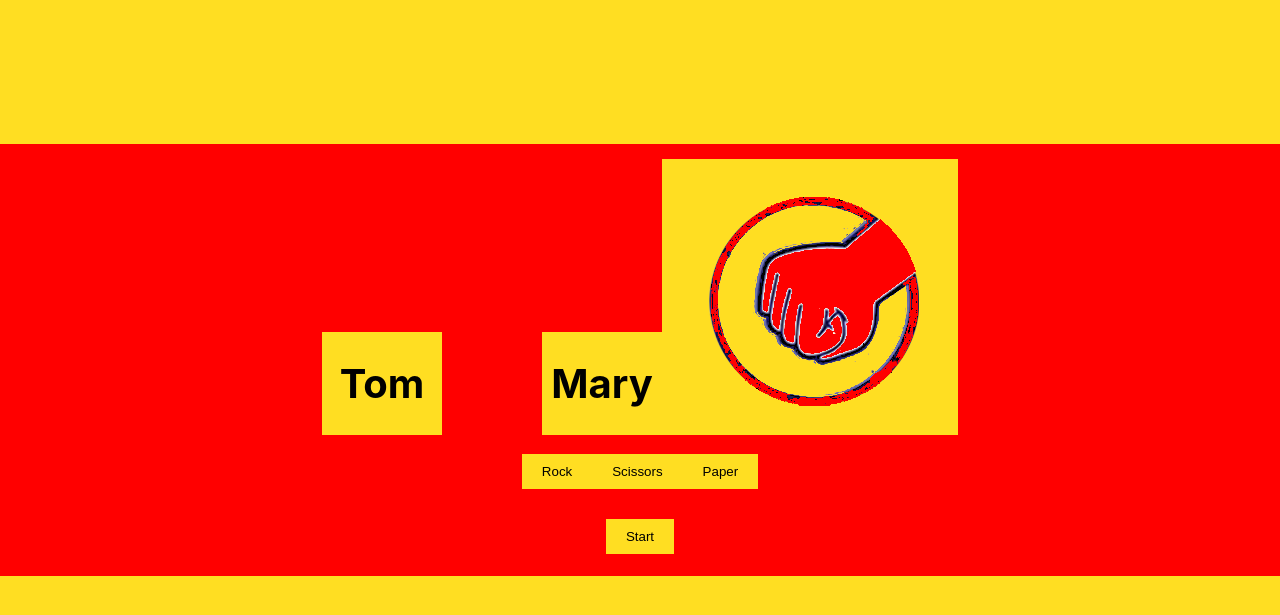
Repository: K009/Rock-Paper-Scissors
Page: /
An editor plug-in stored every save of this project. The page is shown before and after the next save, followed by the edit.
The browser window is 1280 px wide. The pictures show the whole page.
The project was rebuilt for these pictures with package versions that can differ from the ones it lists, and the page was loaded fresh each time.

Above is the page before, as saved 2020-05-13 10:24:13.

### src/App.js
import React, { Component } from "react";
import "./App.css";
import Player from "./components/Player";
import rock from "./components/img/rock.png";

const weapon = ["rock", "paper", "scissors"];

class App extends Component {
  constructor() {
    super();
    this.state = {
      playerOne: weapon[0],
      playerTwo: weapon[0],
      winner: "",
    };
    this.state = { counter: 0 };
  }

  startGame = () => {
    let counter = 0;
    let gameInterval = setInterval(() => {
      //to make a delay
      counter++;
      console.log(counter);
      this.setState({
        playerTwo: weapon[Math.floor(Math.random() * weapon.length)],
        winner: "",
      });
      if (counter > 5) {
        clearInterval(gameInterval);
        this.setState({
          winner: this.selectWinner(),
        });
      }
    }, 100);
  };

  selectWinner = () => {
    const { playerOne, playerTwo } = this.state;
    console.log("Player One: " + playerOne + "Player Two: " + playerTwo);
    if (playerOne === playerTwo) {
      console.log("It's a tie");
      return "It's a tie";
    } else if (
      (playerOne === "rock" && playerTwo === "scissors") ||
      (playerOne === "paper" && playerTwo === "rock") ||
      (playerOne === "scissors" && playerTwo === "paper")
    ) {
      return "Player one wins!";
    } else {
      return "Player two wins!";
    }
  };

  selectWeapon = (weapon) => {
    //in argument it gets a value that is going to be set for playerOne
    this.setState({
      playerOne: weapon, //here it gets changed
      winner: "", //winner without any changes - still ""
    });
  };

  increment() {
    this.setState({
      counter: this.state.counter + 1,
    });
  }

  render() {
    const { playerOne, playerTwo, winner } = this.state;
    return (
      <div className="App">
        <div className="Header" />
        <div className="Main-part">
          <div className="Players">
            <Player playerName="Tom" weapon={playerOne} />
            <div className="break"> </div>
            <Player playerName="Mary" weapon={playerTwo} />
          </div>
          <img
            className="weapon"
            src={rock}
            onClick={() => this.selectWeapon("rock")}
            alt="Rock"
          />
          <div className="buttons">
            <button
              className="weapon"
              onClick={() => this.selectWeapon("rock")}
            >
              Rock
            </button>
            <button
              className="weapon"
              onClick={() => this.selectWeapon("scissors")}
            >
              Scissors
            </button>
            <button
              className="weapon"
              onClick={() => this.selectWeapon("paper")}
            >
              Paper
            </button>
          </div>
          <div className="winner">{winner ? this.selectWinner() : null}</div>
          <button className="weapon" onClick={this.startGame}>
            Start
          </button>
        </div>
        <footer />
      </div>
    );
  }
}

export default App;

### src/App.css
.Header {
  min-height: 20vh;
  text-align: center;
  justify-content: space-around;
  background-color: #ffde22;
  display: flex;
  flex-wrap: wrap;
}

.Main-part {
  background-color: red;
  min-height: 60vh;
  text-align: center;
}

.Players {
  text-align: center;
  display: inline-block;
}

.break {
  width: 100px;
  min-height: 20vh;
  background-color: red;
  float: left;
}

.weapon {
  background: #ffde22;
  margin-top: 15px;
  border: none;
  padding: 10px 20px;
  color: black;
}

.weapon:hover {
  background: #ecce20;
  cursor: pointer;
}

.winner {
  color: #ffde22;
  font-size: 20px;
  margin-top: 15px;
}

footer {
  min-height: 20vh;
  background-color: #ffde22;
  width: 100%;
  position: absolute;
  left: 0;
  bottom: 0;
}

### src/components/Player.js
import React from "react";
import style from "./player.module.css";

const Player = ({ playerName }) => {
  return (
    <div className={style.player}>
      <h1>{playerName}</h1>
    </div>
  );
};

export default Player;

### src/components/player.module.css
.player {
  background-color: #ffde22;
  font-size: 20px;
  text-align: center;
  width: 120px;
  float: left;
  margin-top: 20%;
}

Loaded but not shown: public/index.html (common file); src/index.js (common file); src/index.css (common file); src/serviceWorker.js (common file)

After the next save:
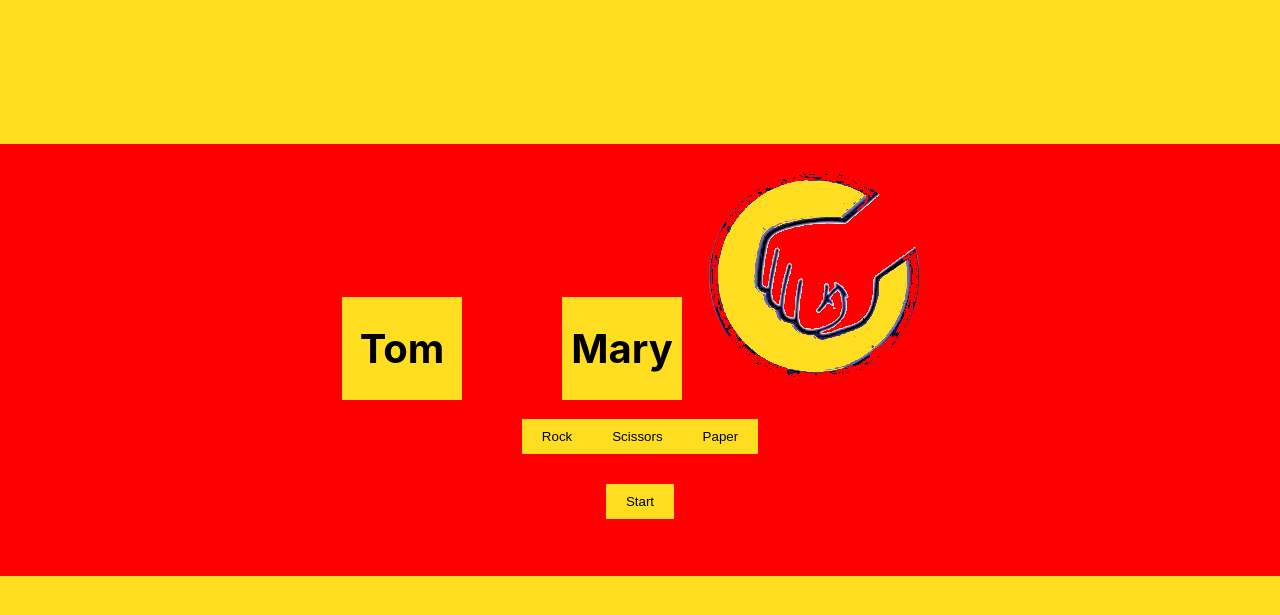
Saved 12 s later.
--- a/src/App.js
+++ b/src/App.js
@@ -78,7 +78,7 @@ class App extends Component {
             <Player playerName="Mary" weapon={playerTwo} />
           </div>
           <img
-            className="weapon"
+            className="weaponimg"
             src={rock}
             onClick={() => this.selectWeapon("rock")}
             alt="Rock"
